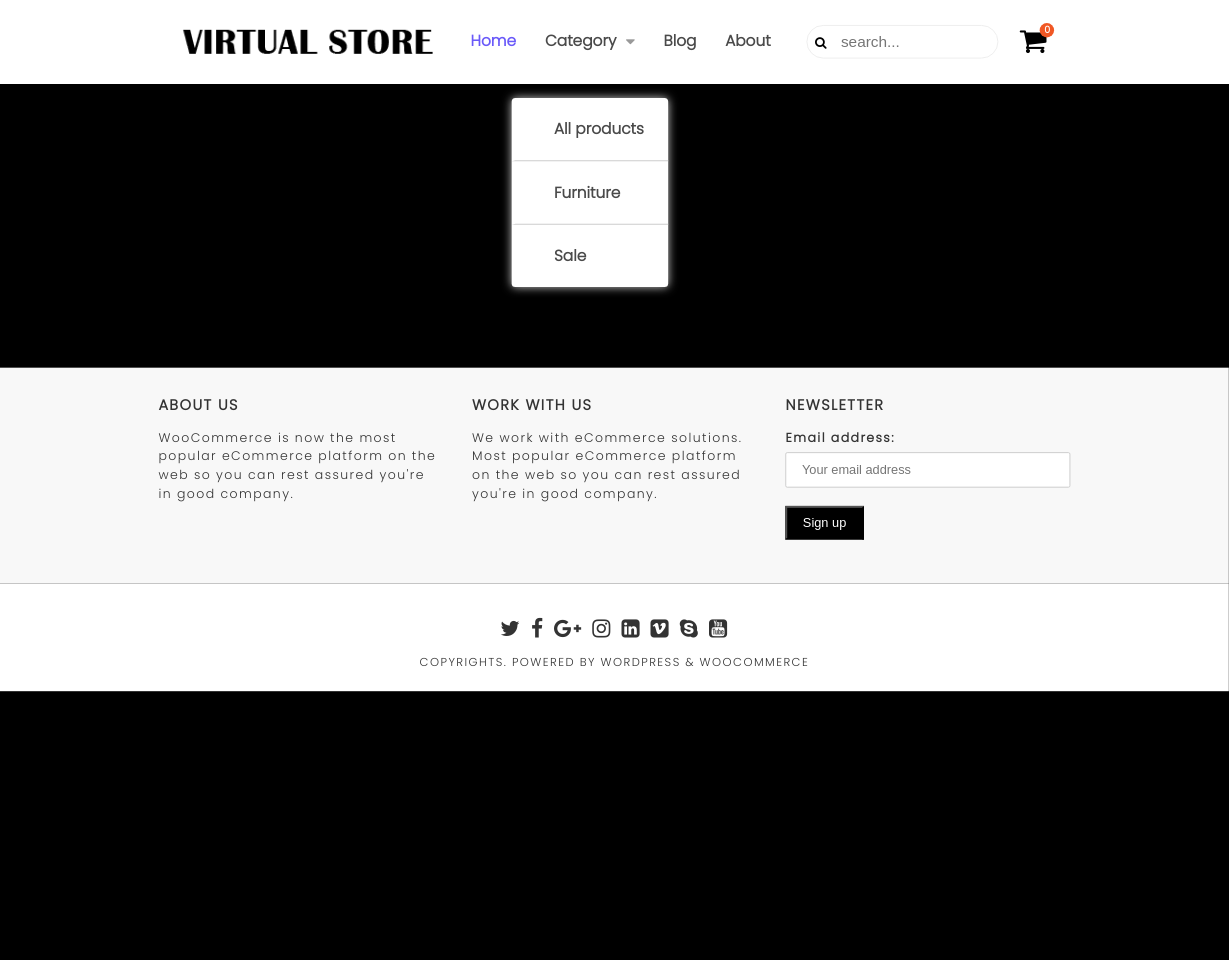
Repository: dungle03/tke_web_nhom_15
Page: index.html
These files come from the project's save history. The page is drawn as it stood at one moment and after the next save; the edit follows.
The browser window is 1280 px wide. The pictures show the whole page, at 96% of full size.

Above is the page before, as saved 2022-09-14 00:19:51.
Not found: resest.css

### index.html
<!DOCTYPE html>
<html lang="en">
<head>
    <meta charset="UTF-8">
    <meta http-equiv="X-UA-Compatible" content="IE=edge">
    <meta name="viewport" content="width=device-width, initial-scale=1.0">
    <title>Home</title>
    <link
    rel="stylesheet"
    href="https://cdnjs.cloudflare.com/ajax/libs/font-awesome/4.7.0/css/font-awesome.min.css"
    integrity="sha512-SfTiTlX6kk+qitfevl/7LibUOeJWlt9rbyDn92a1DqWOw9vWG2MFoays0sgObmWazO5BQPiFucnnEAjpAB+/Sw=="
    crossorigin="anonymous"
  />
  <link href="https://fonts.googleapis.com/css2?family=Poppins:wght@300&display=swap" rel="stylesheet">
    <link rel="stylesheet" href="./resest.css">
    <link rel="stylesheet" href="./CSS/header.css">
    <link rel="stylesheet"  href="./CSS/footer.css">
</head>
<body>
    <div class="main-header">
        <div class="header" id="head">
            <div class="logo">
                <a href="#head">
                    <img src="./IMG/IMG_LOGO/logo.png" alt="img">
                </a>
            </div>
            <ul class="navi">
                <li class="item active"><a href="#" class="home">Home</a>
                </li>
                <li class="item category-more"><a href="#" class="category">Category</a>
                    <i class="fa fa-caret-down dropdow_caret"></i>
                    <div class="dropdow">
                        <ul class="dropdow-list">
                            <li  class="dropdow-item"><a class="dropdow-effect" href="#"><span>
                                All products
                            </span></a></li>
                            <li class="dropdow-item"><a  class="dropdow-effect"href="#"><span>
                                Furniture
                            </span></a></li>
                            <li class="dropdow-item"><a class="dropdow-effect" href="#"><span>
                                Sale
                            </span></a></li>
                        </ul>
                    </div>
                </li>
                <li class="item"><a href="#" class="blog">Blog</a>
                </li>
                <li class="item"><a href="#" class="about">About</a>
                </li>
            </ul>
            <div class="wrap-search">
                <i class="fa fa-search icon-search"></i>
                <input type="text" class="input-search" placeholder="search...">
            </div>
            <div class="wrap-incon-cart">
                <i class="fa fa-shopping-cart icon-cart"></i>
            </div>
        </div>
    </div>
    <!-- /////////////////////////////////////// -->
        <div class="footer">
            <div class="main-foot">
                <div class="container">
                    <div class="foot-col">
                        <h3 class="footer-title">ABOUT US</h3>
                        <div class="textwidget">WooCommerce is now the most popular eCommerce platform on the web so you can rest assured you're in good company.</div>
                    </div>
                    <div class="foot-col">
                        <h3 class="footer-title">WORK WITH US</h3>
                        <div class="textwidget">We work with eCommerce solutions. Most popular eCommerce platform on the web so you can rest assured you're in good company.</div>
                    </div>
                    <div class="foot-col">
                        <h3 class="footer-title">NEWSLETTER</h3>
                        <form class="newsletter">
                            <p>
                                <label for="EMAIL" class="label-email">Email address:</label>
                                <input type="email" class="input-email" name="EMAIL" placeholder="Your email address" required="">
                            </p>
                            <p>
                                <input type="submit" class="btn-submit" value="Sign up">
                            </p>
                        </form>
                    </div>
                </div>
            </div>
            <div class="bottom-foot">
                <div class="container">
                    <div class="foot-socials">
                        <ul>
                            <li><a href=""></a><i class="fa fa-twitter"></i></li>
                            <li><a href=""></a><i class="fa fa-facebook"></i></li>
                            <li><a href=""></a><i class="fa fa-google-plus"></i></li>
                            <li><a href=""></a><i class="fa fa-instagram"></i></li>
                            <li><a href=""></a><i class="fa fa-linkedin-square"></i></li>
                            <li><a href=""></a><i class="fa fa-vimeo-square"></i></li>
                            <li><a href=""></a><i class="fa fa-skype"></i></li>
                            <li><a href=""></a><i class="fa fa-youtube-square"></i></li>
                        </ul>
                        <p class="credits">Copyrights. Powered by WordPress & WooCommerce</p>
                    </div>
                </div>
            </div>
        </div>
    </body>
    </html>

### CSS/header.css
html {
    font-family: "Poppins", sans-serif;
    box-sizing: border-box;
    font-size: 62.5%;
    color: black;
  }
  * {
    margin: 0;
    padding: 0;
  }
  *,
  *:before,
  *:after {
    box-sizing: border-box;
  }
  input,
  textarea,
  select,
  button {
    outline: none;
  }
  input {
    line-height: normal;
  }
  label,
  button {
    cursor: pointer;
  }
  a {
    text-decoration: none;
  }
  img {
    display: block;
    max-width: 100%;
  }
  body{
    height: 1000px;
    background-color: black;

  }
/* /////////// HEADER  /////////// */
.main-header{
  width: 100%;
  position: fixed;
  top: 0;
  left: 0;
  background-color: white;
  z-index: 100;
}
.header{
    width: 100%;
    padding:0 190px ;
    display: flex;
    align-items: center;
    justify-content: space-between;
}
  .logo{

}
.navi{
    display: flex;
    width: max-content;
}
.navi  a{
  color: #4a4a4a;;
}
.navi .item{
  list-style-type: none;
    /* width: max-content; */
    white-space: nowrap;
    padding:  30px 15px;
    cursor: pointer;
    color: #999;
    font-weight: 600;
    flex: 1;
    display: flex;
    align-items: center;
    justify-content: center;
    border-radius: inherit;
    border-bottom: 2px solid white;
}

.wrap-search{
  position: relative;
}
.icon-search{
  position: absolute;
  top: 50%;
  left: 15px;
  transform: translate(-50%,-50%);
  font-size: 13px;
}
.input-search{
  width: 200px;
  height: 35px;
  padding-left: 35px;
  border-radius: 20px;
  border: 1px solid #eee;
  font-size: 16px;
}
.wrap-incon-cart{
  width: max-content;
  position: relative;
}
.icon-cart{
  font-size: 30px;
}
.wrap-incon-cart::before{
  content: "0";
  display: flex;
  justify-content: center;
  align-items: center;
  position: absolute;
  font-weight:600 ;
  color: white;
  font-size: 10px;
  width: 15px;
  height: 15px;
  border-radius: 15px;
  background-color: #f05724;
  z-index: 100;
  top: -10%;
  right: -30%;
}
.navi .item.active a{
  color: #6a5af9;
}

.navi .item:not(:nth-child(2)):hover{
    color: #6a5af9;
  border-bottom-color: currentColor;
}

.category-more{
  position: relative;
}

.dropdow{
  position: absolute;
  top: 120%;
  background-color: white;
  border-radius: 4px;
  box-shadow: 0 0 10px #ccc;
}

.dropdow-list{
}

.dropdow_caret{
  margin-left: 10px;
}
.dropdow-item{
  padding: 20px 25px 20px 40px;
  transition: all 0.2s linear;
  border-left: 4px solid transparent;
}
.dropdow-item:not(:last-child){
  border-bottom: 1px solid #ccc;
}
.dropdow-item:hover{
  border-left-color: #6a5af9;
}
.dropdow-item:hover span{
  color: #6a5af9;

}


/* FORTER */
.footer{
  position: absolute  ;
  bottom: 0px;
  /* margin-bottom: auto; */
}
.main-foot{
  background-color:
#f8f8f8;
background-position:
0px 0px;
color:#333333;
font-size:13px;
letter-spacing:1.5px;
line-height:19.6px;
padding:15px 0px 28px 0px;
}

.main-foot .container{
  display: flex;
  padding: 0 150px;
}

.main-foot .container .foot-col{
  display: inline-block;
  width: calc(100% / 3);
  padding:
0px 15px;
}


.main-foot .container .foot-col:first-child, .foot-col:nth-child(2){
  color:
#333333;
letter-spacing:
1.5px;
line-height:
19.6px;
padding:
0px 15px;
}
.footer-title{
  margin: 14px 0;
}

.newsletter{
  color:
#333333;
font-size:
13px;
letter-spacing:
1.5px;
line-height:
19.6px;
}
.label-email{
  font-weight: 700;
  margin-bottom: 6px;
  display: block;
}
.input-email{
  width: 100%;
  background-color:
#ffffff;
background-position:
0px 0px;
border-color:
#cccccc;
border-radius:
2px;
border-style:
solid;
border-width:
1px;
color:
#555555;
font-family:
Arial;
font-size:
13.3333px;
line-height:
19.0476px;
margin:
0px 0px 5px;
padding:
8px 16px;
}
.btn-submit{
  margin: 14px 0px 18px 0px;
  display: inline-block;
  padding: 8px 16px;
  background-color: black;
  color: white;
}

/* /////// */
.bottom-foot{
  background-color:
#ffffff;
background-position:
0px 0px;
color:
#333333;
font-size:
14px;
letter-spacing:
1.5px;
line-height:
19.6px;
padding:
20px 0px;
text-align:
center;
text-transform:
uppercase;
}
li{

  list-style-type: none;
}
.bottom-foot .container{
  margin: 0 auto;
    width: 1180px;
}
.foot-socials ul{
  display: flex;
  width: max-content;
  margin: 15px auto;
}
.foot-socials ul li {
  font-size: 22px;
  margin: 0 5px;
}
.credits{
  font-size: 12px;
}

### CSS/footer.css
html {
    font-family: "Poppins", sans-serif;
    box-sizing: border-box;
    font-size: 16px;

  }
  * {
    margin: 0;
    padding: 0;
  }
  *,
  *:before,
  *:after {
    box-sizing: border-box;
  }
  input,
  textarea,
  select,
  button {
    outline: none;
  }
  input {
    line-height: normal;
  }
  label,
  button {
    cursor: pointer;
  }
  a {
    text-decoration: none;
  }
  img {
    display: block;
    max-width: 100%;
  }

After the next save:
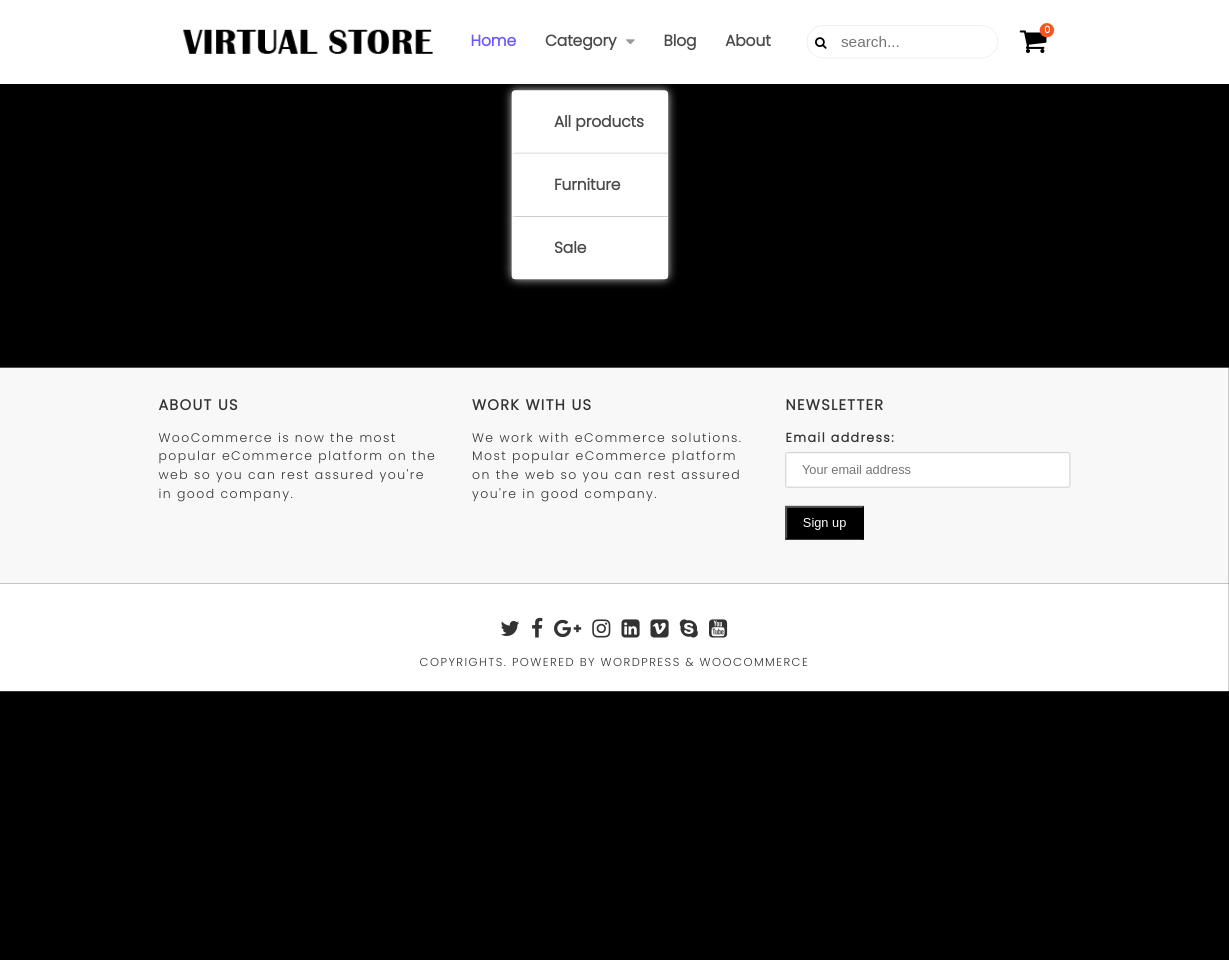
Saved 31 s later.
--- a/CSS/header.css
+++ b/CSS/header.css
@@ -137,7 +137,7 @@ html {
 
 .dropdow{
   position: absolute;
-  top: 120%;
+  top: 110%;
   background-color: white;
   border-radius: 4px;
   box-shadow: 0 0 10px #ccc;
